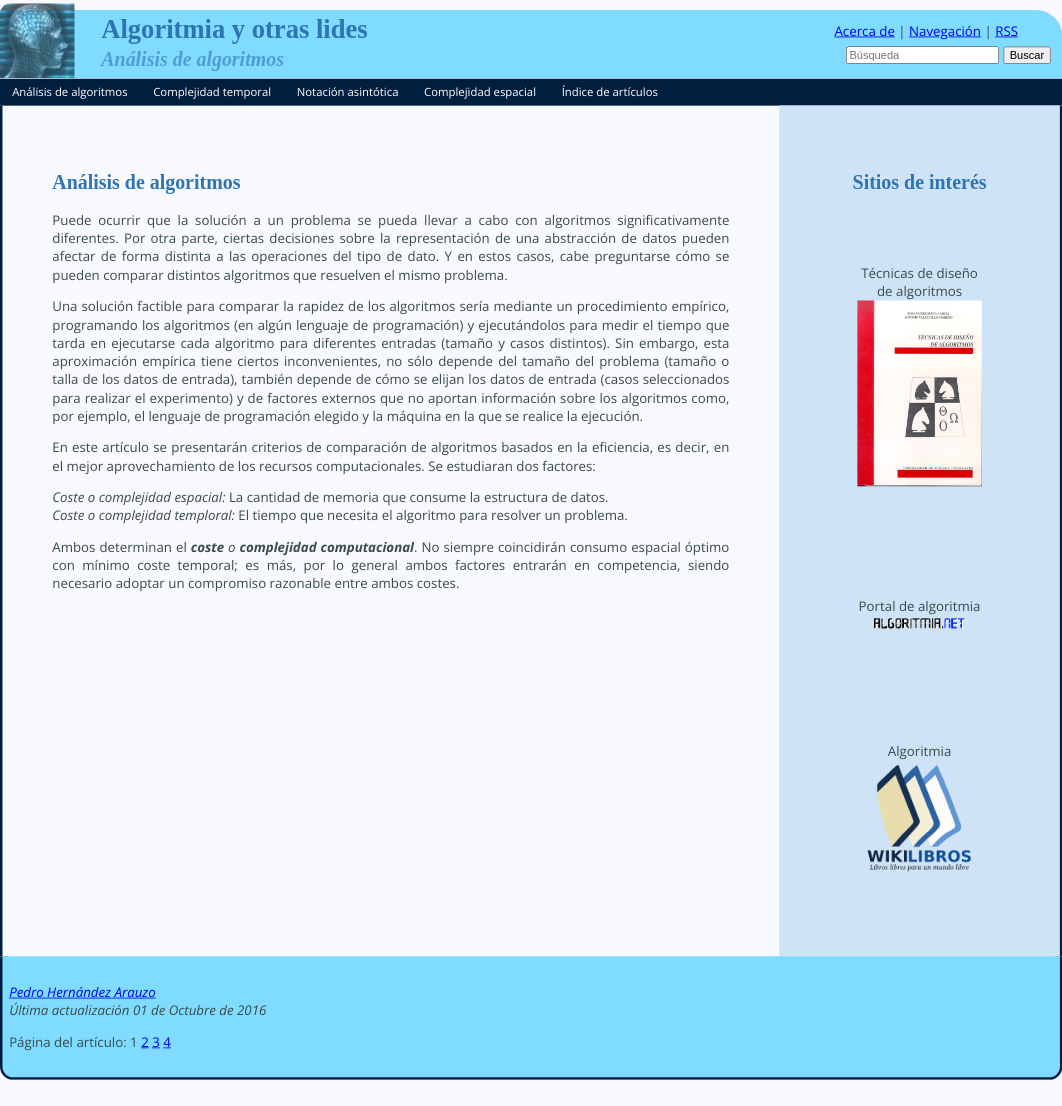
Repository: dgsama/Curso17
Page: SEW/WorkSpace/Practica04/index.html
An editor plug-in stored every save of this project. The page is shown before and after the next save, followed by the edit.
The browser window is 1280 px wide. The pictures show the whole page, at 83% of full size.
Some web fonts or font styles are not loaded; a fallback is used.

Above is the page before, as saved 2016-10-26 09:52:29.

### SEW/WorkSpace/Practica04/index.html
<!DOCTYPE html>
<html xmlns="http://www.w3.org/1999/xhtml" lang="es" xml:lang="es">
<head>
<meta charset="UTF-8" />
<title>Análisis de algoritmos</title>
<link rel="stylesheet" type="text/css"
href="estilo.css" media="screen"/>
<style type="text/css">
/*<![CDATA[
body {
    counter-reset: c1;
}

section h2:before {
    counter-increment: c1;
    content: counter(c1) ". ";
}
]]>*/
</style>
</head>
<body>
  <header>
    <h1>
      <a href="#" title="Página inicial del blog" tabindex="1"><img
      src="algoritmia.jpg" alt="logo"/>Algoritmia y otras lides</a>
    </h1>
    <h2>Análisis de algoritmos</h2>
    <ul id="ayuda">
      <li><a href="#">Acerca de</a></li>
      <li><a href="#">Navegación</a></li>
      <li><a href="#">RSS</a></li>
      <li>
        <form method="post" action="#">
		  <fieldset>
			<input type="search" size="20" placeholder="Búsqueda"/>
			<input type="submit" value="Buscar"/>
		  </fieldset>
        </form>
      </li>
    </ul>
  </header>
  <nav>
    <ul>
      <li><a href="#" accesskey="1">Análisis de algoritmos</a></li>
      <li><a href="temporal.html" accesskey="2">Complejidad
      temporal</a></li>
      <li><a href="notacion.html" accesskey="3">Notación
      asintótica</a></li>
      <li><a href="espacial.html" accesskey="4">Complejidad
      espacial</a></li>
      <li><a href="#" accesskey="5">Índice de artículos</a></li>
    </ul>
  </nav>
  <section id="main">
    <h2>Análisis de algoritmos</h2>
    <p>Puede ocurrir que la solución a un problema se pueda llevar a
      cabo con algoritmos significativamente diferentes. Por otra parte,
      ciertas decisiones sobre la representación de una abstracción de
      datos pueden afectar de forma distinta a las operaciones del tipo
      de dato. Y en estos casos, cabe preguntarse cómo se pueden
      comparar distintos algoritmos que resuelven el mismo problema.</p>
    <p>Una solución factible para comparar la rapidez de los
      algoritmos sería mediante un procedimiento empírico, programando
      los algoritmos (en algún lenguaje de programación) y ejecutándolos
      para medir el tiempo que tarda en ejecutarse cada algoritmo para
      diferentes entradas (tamaño y casos distintos). Sin embargo, esta
      aproximación empírica tiene ciertos inconvenientes, no sólo
      depende del tamaño del problema (tamaño o talla de los datos de
      entrada), también depende de cómo se elijan los datos de entrada
      (casos seleccionados para realizar el experimento) y de factores
      externos que no aportan información sobre los algoritmos como, por
      ejemplo, el lenguaje de programación elegido y la máquina en la
      que se realice la ejecución.</p>
    <p>En este artículo se presentarán criterios de comparación de
      algoritmos basados en la eficiencia, es decir, en el mejor
      aprovechamiento de los recursos computacionales. Se estudiaran dos
      factores:</p>
    <dl>
      <dt>Coste o complejidad espacial</dt>
      <dd>La cantidad de memoria que consume la estructura de
        datos.</dd>
      <dt>Coste o complejidad temploral</dt>
      <dd>El tiempo que necesita el algoritmo para resolver un
        problema.</dd>
    </dl>
    <p>Ambos determinan el <dfn><strong>coste</strong> o
      <strong>complejidad computacional</strong></dfn>. No siempre
      coincidirán consumo espacial óptimo con mínimo coste temporal; es
      más, por lo general ambos factores entrarán en competencia, siendo
      necesario adoptar un compromiso razonable entre ambos costes.</p>
  </section>
  <aside>
    <h2>Sitios de interés</h2>
    <div>
      <figure>
        <figcaption>Técnicas de diseño de algoritmos</figcaption>
        <p><a href="http://www.lcc.uma.es/~av/Libro/"><img src="tda.jpg"
        alt="Libro de algoritmia"/></a></p>
      </figure>
      <figure>
        <figcaption>Portal de algoritmia</figcaption>
        <p><a href="http://www.algoritmia.net/"><img src="anet.gif"
		alt="Portal de algoritmia"/></a></p>
      </figure>
      <figure>
        <figcaption>Algoritmia</figcaption>
        <p><a href="http://es.wikibooks.org/wiki/Algoritmia"><img
        src="Wbooks.png" alt="Libro de algoritmia"/></a></p>
      </figure>
    </div>
  </aside>
  <footer>
    <address>
      <p>
        <a href="mailto:phernandez@uniovi.es"
         title="Escrito por Pedro Hernández">Pedro Hernández Arauzo</a>
         <br/>Última actualización
         <time datetime="2016-10-01">01 de Octubre de 2016</time>
      </p>
    </address>
    <p>
        Página del artículo: 1 <a href="temporal.html">2</a>
        <a href="notacion.html">3</a> <a href="espacial.html">4</a>
    </p>
  </footer>
</body>
</html>

### SEW/WorkSpace/Practica04/estilo.css
@charset "UTF-8";

@import
    url("http://fonts.googleapis.com/css?family=Source+Code+Pro:300,400,700|Droid+Serif:700|Open+Sans:400italic,700italic,400,700")
    ;

body {
    font-family: 'Open Sans', sans-serif;
    color: #394b4b;
    background-color: #f8f8ff;
    text-align: justify;
    margin: 0.75em 0;
    padding: 0;
}

section, aside {
    margin: 0;
    border-left: 3px solid #001f3f;
    border-right: 3px solid #001f3f;
}

aside {
    padding: 0 4em 1.5em 4em;
}

h1, h2, h3, h4, h5, h6 {
    font-family: 'Droid Serif', serif;
    color: rgb(46, 116, 181);
}

h1 a, h1 a:link, h1 a:visited {
    color: inherit;
    text-decoration: none;
}

header {
    background-color: #7fdbff;
    min-height: 82px;
    border-top-right-radius: 2em;
}

header img {
    float: left;
    opacity: 0.7;
    width: 90px;
    height: 90px;
    margin-top: -13px;
    margin-right: 1em;
    border-top-left-radius: 0.4em;
}

header h1, header h2 {
    margin: 0;
    padding: 5px 0 0 0;
}

header h2 {
    font-style: italic;
    opacity: 0.6;
}

nav {
    font-size: 90%;
}

nav>ul {
    list-style: none;
    margin: 1px 0 0 0;
    padding: 0;
    background-color: #001f3f;
    border: 1px solid #001f3f;
    font-size: 95%;
}

nav li {
    color: rgb(100%, 100%, 100%);
    margin: 0;
    padding: 0;
    display: inline-block;
    padding: 0;
}

nav a {
    display: block; /* para que el hiperv�nculo se active desde
						cualquier parte de la caja que se genera */
    padding: 0.4em 1em;
}

nav a:hover {
    background-color: #0074d9;
}

nav a:link, nav a:visited {
    color: rgb(100%, 100%, 100%);
    text-decoration: none;
}

.ecuacion, code, #Tabla3 thead th:nth-child(n+2) {
    font-family: 'Source Code Pro', monospace;
}

.ecuacion, #Tabla3 thead th:nth-child(n+2) {
    font-style: oblique;
}

pre>code {
    font-size: 16px;
}

figure, figure>p {
    margin: 0;
    padding: 0;
}

figure>pre, figure>table {
    margin-bottom: 0.15em;
}

figure>pre {
    font-size: 1em;
}

section figcaption::before {
    content: attr(title) ". ";
    font-weight: 700;
}

section figcaption {
    font-size: 85%;
    font-style: italic;
}

#Figura3 img {
    width: 578px;
    height: 268px;
}

table {
    border-collapse: collapse;
}

th, td {
    border: 1px solid rgb(40%, 40%, 40%);
    padding: 2px 0.5em;
}

#Tabla3 caption {
    color: rgb(46, 116, 181);
    font-style: italic;
    font-weight: bold;
    margin-bottom: 0.2em;
}

footer {
    clear: both;
    min-height: 50px;
    background-color: #7fdbff;
    margin-bottom: 2em;
    padding: 1em 0.5em;
    border-left: 3px solid #001f3f;
    border-right: 3px solid #001f3f;
    border-bottom: 3px solid #001f3f;
    border-bottom-left-radius: 1em;
    border-bottom-right-radius: 1em;
}

#ayuda {
    list-style-type: none;
    float: right;
    margin-top: -60px;
}

#ayuda fieldset {
    border: none;
}

#ayuda li {
    display: inline;
}

#ayuda li:nth-last-child(n+3)::after {
    content: " |";
}

dt, dd {
    display: inline;
}

dt::after {
    content: ": ";
}

dt {
    font-style: italic;
}

dd {
    margin-left: 0;
}

dd:after {
    display: block;
    content: " ";
}

#main {
    padding: 60px;
}

pre {
    margin-left: 3cm;
}

pre+figcaption {
    margin-left: 3cm;
}

table {
    margin: auto;
}

.center {
    text-align: center;
}

#Figura4 {
    float: left;
    width: 39%;
    text-align: center;
    margin-left: 10%;
}

#Figura5 {
    float: right;
    width: 39%;
    text-align: center;
    margin-right: 10%;
}

h4 {
    clear: both;
}

#Tabla3 th {
    background-color: #00BFFF;
    color: #0404B4;
    font-size: 20px;
}

#Tabla3 tbody {
    background: white;
}

#Tabla3 tbody>tr:nth-child(2n) {
    background: #A9F5F2;
}

aside {
    text-align: center;
}

aside div {
    display: flex;
    flex: auto;
    justify-content: center;
}

aside figure {
    padding: 4em;
    text-align: center;
}

aside img {
    max-width: 150px;
}

@media screen and (min-width:900px) {
    aside div {
        flex-direction: column;
        min-height: 600px;
    }
    aside {
        border-left: 0;
        padding: 2em 1.5em;
        display: table-cell;
        background-color: #CEE3F6;
    }
    #main {
        border-right: 0;
        display: table-cell;
    }
}

After the next save:
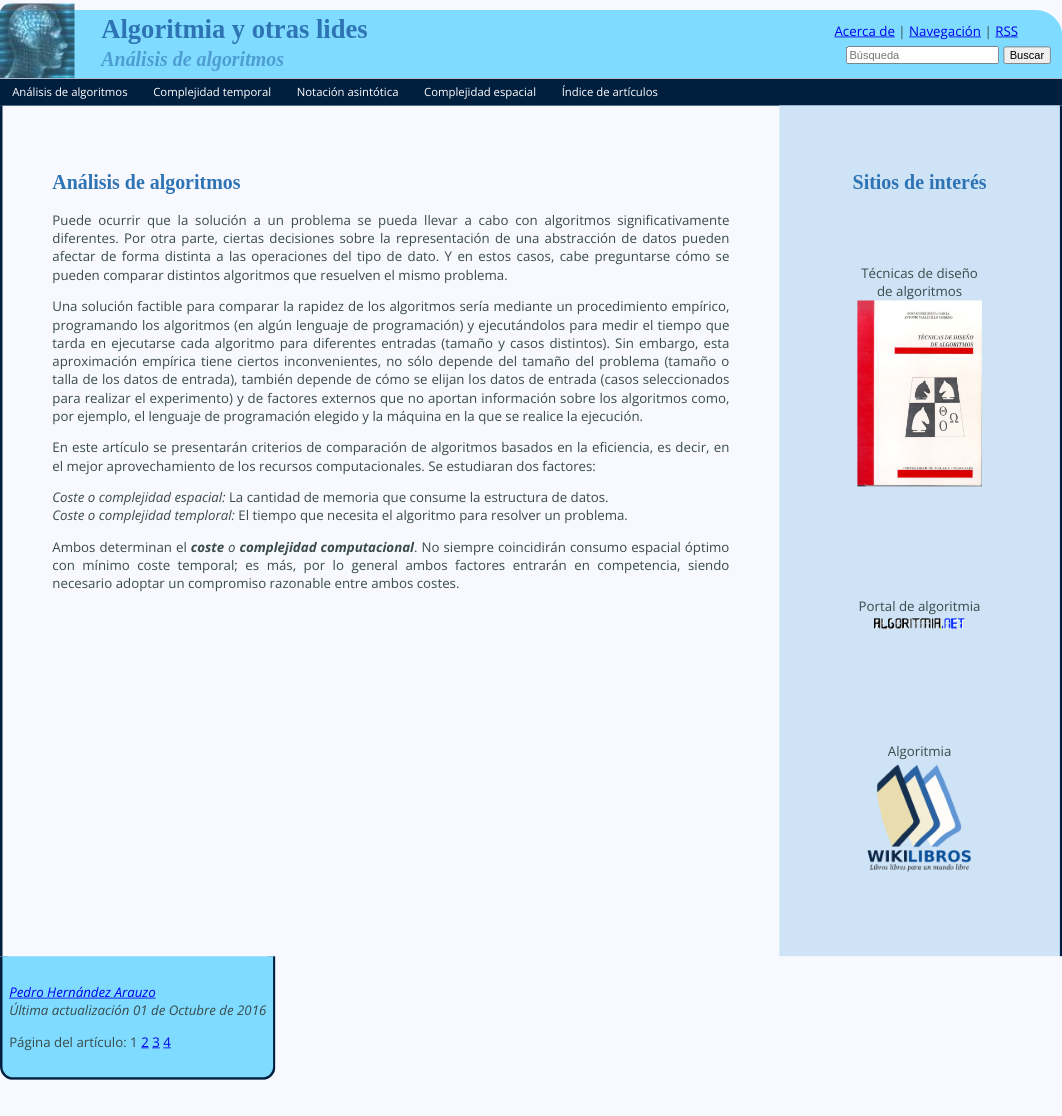
Saved 2 min 52 s later.
--- a/SEW/WorkSpace/Practica04/estilo.css
+++ b/SEW/WorkSpace/Practica04/estilo.css
@@ -290,3 +290,7 @@
         display: table-cell;
     }
 }
+
+footer{
+    display: inline-block;
+}
